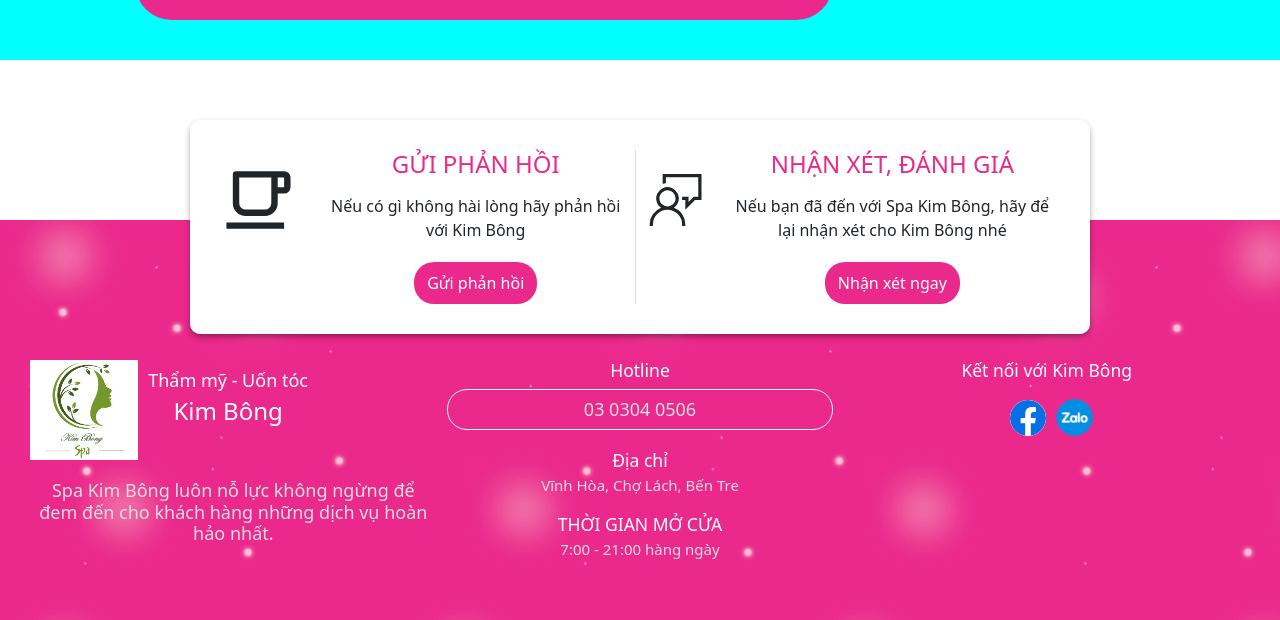
Repository: tranduykhuong/SpaKimBong
Page: /about
An editor plug-in stored every save of this project. The page is shown before and after the next save, followed by the edit.
The browser window is 1280 px wide. The pictures show the part of the page from y = 938 to 1580 px (the page is 1558 px tall before and 1580 px after).
The project was rebuilt for these pictures with package versions that can differ from the ones it lists, and the page was loaded fresh each time. Also part of the build but not shown: src/components/Header/Slider/slider.scss, src/components/Header/Slider/Slider.js, src/components/Header/ListImage/listImage.scss, src/components/Header/ListImage/ListImage.js, src/pages/Home/home.scss, src/pages/Home/ListImage/listImage.scss, src/pages/Home/ListImage/ListImage.js, src/pages/Home/BookOnline/bookOnl.scss and 6 more.

Above is the page before, as saved 2022-06-02 21:39:24.

### src/App.js
import "./App.css";
import Header from "./components/Header/Header";
import Home from "./pages/Home/Home";
import "bootstrap/dist/css/bootstrap.min.css";
import { Route, Routes } from "react-router-dom";
import About from "./pages/About/About";

function App() {
  return (
    <div className="App">
      <Header />
      <Routes>
        <Route path="/" element={<Home />} />
        <Route path="/about" element={<About />} />
      </Routes>
    </div>
  );
}

export default App;

### src/components/Header/Header.js
import React, { useEffect, useState } from "react";
import "./header.scss";
import { BsSearch, BsFacebook } from "react-icons/bs";
import { BiPhoneCall } from "react-icons/bi";
import Slider from "./Slider/Slider";
import ListImage from "./ListImage/ListImage";
import { Link, useLocation } from "react-router-dom";

function Header() {
  const path = useLocation().pathname;
  const [fixedNavbar, setFixedNavbar] = useState(false);

  useEffect(() => {
    // set fixed navbar
    const handleScroll = () => {
      if (window.scrollY < 1) {
        setFixedNavbar(true);
      }

      if (window.scrollY > 170) setFixedNavbar(true);
      else setFixedNavbar(false);
    };

    window.addEventListener("scroll", handleScroll);

    // cleanup function
    return () => {
      window.removeEventListener("scroll", handleScroll);
    };
  }, []);

  return (
    <div className="header">
      <div className={"infor " + (fixedNavbar ? "mg-navbar" : "")}>
        <div className="logo">
          <img src="../../img/logoSpa.png" alt="" />
          <div className="nameSpa">
            <h4>Thẩm mỹ - Uốn tóc</h4>
            <h2>Kim Bông</h2>
          </div>
        </div>

        <div className="search">
          <input type="text" placeholder="Tìm kiếm sản phẩm/ bài viết ..." />
          <a className="icon">
            <BsSearch className="iconSearch" />
          </a>
        </div>

        <div className="contact">
          <a href="/" className="icon">
            <BsFacebook className="iconFacebook" />
          </a>
          <a href="/" className="icon">
            <img src="../../img/Zalo.png" alt="" className="iconZalo" />
          </a>

          <div className="phone">
            <BiPhoneCall className="iconPhone" />
            <h3>03 0304 0506</h3>
          </div>
        </div>
      </div>
      <div className={"myNavbar " + (fixedNavbar ? "fixedNavbar" : "")}>
        <div className="navbarContent">
          <ul className="navbarList">
            <li className={path === "/" ? "active" : ""}>
              <Link to="/">TRANG CHỦ</Link>
            </li>
            <li className={path === "/about" ? "active" : ""}>
              <Link to="/about">GIỚI THIỆU</Link>
            </li>
            <li className={path === "/skin" ? "active" : ""}>
              <Link to="/">CHĂM SÓC DA</Link>
            </li>
            <li className={path === "/acne" ? "active" : ""}>
              <Link to="/">TRỊ MỤN</Link>
            </li>
            <li className={path === "/open-time" ? "active" : ""}>
              <Link to="/">LỊCH MỞ CỬA</Link>
            </li>
          </ul>
        </div>
      </div>
      {/* <Slider /> */}
      {/* <ListImage /> */}
    </div>
  );
}

export default Header;

### src/pages/About/About.js
import "./About.scss";
import React from "react";
import Footer from "./../../components/Footer/Footer";

const About = () => {
  return (
    <div>
      <div className="container1">
        <div className="container-image"></div>

        <div className="container-content">
          <div className="content-left">
            <div className="title">
              <h1>HIỀN VÂN SPA XUẤT PHÁT TỪ NIỀM ĐAM MÊ & KẾT QUẢ CỦA SỰ NỖ LỰC</h1>
            </div>
            <div className="box">
              <div className="box-content-img">
                <div className="box-img">
                  <img width={200} height={100} src="https://i.pinimg.com/originals/2c/84/5a/2c845a66b8ad2a8aafd288bdc16cd459.jpg"></img>
                </div>
                <div className="box-content">
                  <p>Hiền cảm thấy vô cùng tự hào khi spa của mình đã nhận được sự tin tưởng của hàng chục nghìn khách hàng khu vực TPHCM và nhiều tỉnh thành lân cận. Thậm chí nhiều bạn không quản ngại đường xá xa xôi, di chuyển từ tận miền Trung, miền Bắc đến điều trị.</p>
                </div>
              </div>
            </div>
          </div>
          <div className="image-right"></div>
        </div>
      </div>

      <Footer />
    </div>
  );
};

export default About;

### src/components/Header/header.scss
$height-navbar: 5rem;

.header {
    .mg-navbar {
        margin-bottom: $height-navbar;
    }

    .infor {
        max-width: 1200px;
        padding: .6rem 0;
        display: flex;
        justify-content: space-between;

        .logo {
            display: flex;
            flex: 1;

            img {
                height: 10rem;
            }

            .nameSpa {
                color: #eb288c;
                margin: auto 0;

                h4 {
                    font-size: 1.8rem;
                    font-weight: 500;
                }

                h2 {
                    font-size: 2.4rem;
                }
            }
        }


        .search {
            margin: auto 0;
            border-radius: 50px;
            border: solid .1rem #eb288c;
            height: 37px;
            display: flex;

            input {
                font-size: 1.4rem;
                margin: auto 16px;
                min-width: 26rem;
                border: none;
                outline: none;
            }

            .icon {
                margin: auto 10px;
                cursor: pointer;
            }

            .iconSearch {
                width: 1.8rem;
                height: 1.8rem;
                color: #eb288c;

                &:hover {
                    color: #f867b2;
                }
            }
        }

        .contact {
            display: flex;
            margin-left: 20px;

            .icon {
                margin: auto 0;
                margin-left: 10px;

            }

            .iconFacebook {
                width: 2.8rem;
                height: 2.8rem;
                color: rgba($color: #0570e6, $alpha: 1.0);
            }

            .iconZalo {
                width: 2.8rem;
                height: 2.8rem;
                border-radius: 50%;
            }

            .phone {
                margin: auto 0;
                margin-left: 20px;
                display: flex;

                .iconPhone {
                    width: 2.6rem;
                    height: 2.6rem;
                }

                h3 {
                    font-size: 1.4rem;
                    font-weight: 500;
                    margin: auto 4px;
                }
            }

        }
    }

    .fixedNavbar {
        position: fixed;
        top: 0;
        left: 0;
        z-index: 50;
        width: 100%;
        animation: fixedNavbar 1s forwards;
    }

    @keyframes fixedNavbar {
        from {
            top: -5rem;
            opacity: 0;
        }

        to {
            top: 0;
            opacity: 1;
        }
    }

    .myNavbar {
        height: $height-navbar;
        background-color: #eb288c;

        .navbarContent {
            max-width: 1200px;
            margin: 0 auto;

            .navbarList {
                display: flex;
                margin: 0 1rem;
                // justify-content: space-evenly;

                li {
                    list-style: none;

                    a {
                        line-height: $height-navbar;
                        height: $height-navbar;
                        display: block;
                        color: #fff;
                        font-size: 1.6rem;
                        font-weight: 600;
                        text-decoration: none;
                        padding: 0 2rem;
                    }

                    &:hover {
                        background-color: #f844a1;
                        cursor: pointer;
                    }
                }

                .active {
                    background-color: #dd0876;
                }
            }
        }
    }
}

### src/components/Footer/Footer.js
import React, { useEffect } from "react";
import "./footer.scss";
import { BsFacebook } from "react-icons/bs";
import { RiCupLine } from "react-icons/ri";
import { VscFeedback } from "react-icons/vsc";

const Footer = () => {
  return (
    <div className="footer">
      <div className="logo">
        <div className="info">
          <img src="../../img/logoSpa.png" alt="" />
          <div className="nameSpa">
            <h4>Thẩm mỹ - Uốn tóc</h4>
            <h2>Kim Bông</h2>
          </div>
        </div>

        <h5>
          Spa Kim Bông luôn nỗ lực không ngừng để đem đến cho khách hàng những
          dịch vụ hoàn hảo nhất.
        </h5>
      </div>

      <div className="address">
        <h3>Hotline</h3>
        <div className="hotline">03 0304 0506</div>
        <h3>Địa chỉ</h3>
        <h4>Vĩnh Hòa, Chợ Lách, Bến Tre</h4>
        <h3>THỜI GIAN MỞ CỬA</h3>
        <h4>7:00 - 21:00 hàng ngày</h4>
      </div>
      <div className="contact">
        <h3>Kết nối với Kim Bông</h3>
        <a href="/" className="icon">
          <BsFacebook className="iconFacebook" />
        </a>
        <a href="/" className="icon">
          <img src="../../img/Zalo.png" alt="" className="iconZalo" />
        </a>
      </div>

      <div className="subFooter">
        <div className="report">
          <RiCupLine className="icon" />
          <div>
            <h3>Gửi phản hồi</h3>
            <p>Nếu có gì không hài lòng hãy phản hồi với Kim Bông</p>
            <div className="btn">Gửi phản hồi</div>
          </div>
        </div>
        <div className="feedback">
          <VscFeedback className="icon" />
          <div>
            <h3>Nhận xét, Đánh giá</h3>
            <p>
              Nếu bạn đã đến với Spa Kim Bông, hãy để lại nhận xét cho Kim Bông
              nhé
            </p>
            <div className="btn">Nhận xét ngay</div>
          </div>
        </div>
      </div>
    </div>
  );
};

export default Footer;

### src/pages/About/About.scss
.container1 {
  .container-image {
    width: 100%;
    height: 400px;
    // padding: 5rem;
    // display: flex;
    align-items: center;
    justify-content: center;
    background-image: url("https://i.pinimg.com/originals/2c/84/5a/2c845a66b8ad2a8aafd288bdc16cd459.jpg");
  }

  .container-content {
    display: flex;
    width: 100%;
    background-color: aqua;

    .content-left {
      width: 60%;
      padding: 0 35px 30px;
      margin-left: 100px;
      text-align: left;

      .title {
        margin: 30px 0;
        h1 {
          font-size: 3rem;
          font-weight: bolder;
          line-height: 1.6;
        }
      }

      .box{
        .box-content-img{
          background-color: #eb288c;
          border-radius: 37px;

          .box-img{
            padding: 20px;

            img{
              width: 100%;
              height: 200px;
            }
          }
        }

      }
    }
  }
}

### src/components/Footer/footer.scss
$title-color: #fff;

.footer {
    background-image: url(../../../public/img/sparkle1.png), url(../../../public/img/sparkle2.png);
    width: 100%;
    height: 400px;
    background-color: #eb288c;
    animation: sparkle 60s linear infinite;
    padding: 14rem 3rem 0;
    display: flex;
    justify-content: space-around;
    position: relative;
    margin-top: 16rem;

    .logo {
        flex: 1;

        .info {
            display: flex;

            img {
                height: 10rem;
            }

            .nameSpa {
                color: $title-color;
                margin: 1rem;

                h4 {
                    font-size: 1.8rem;
                    font-weight: 500;
                }

                h2 {
                    font-size: 2.4rem;
                }
            }
        }

        h5 {
            margin: 2rem .6rem;
            font-size: 1.8rem;
            font-weight: 400;
            color: #ddd;
        }
    }

    .contact {
        flex: 1;

        h3 {
            margin-bottom: 1.8rem;
            color: $title-color;
        }

        .icon {
            margin: auto 0;
            margin-left: 10px;

        }

        .iconFacebook {
            width: 3.6rem;
            height: 3.6rem;
            color: rgba($color: #0570e6, $alpha: 1.0);
            background-color: $title-color;
            border-radius: 50%;
        }

        .iconZalo {
            width: 3.7rem;
            height: 3.7rem;
            border-radius: 50%;
        }
    }

    .address {
        color: #ddd;
        flex: 1;

        h3 {
            // margin-bottom: 2rem;
            color: $title-color;
        }

        h4 {
            margin-bottom: 2rem;
        }

        .hotline {
            padding: .6rem;
            font-size: 1.8rem;
            margin: .8rem 1rem 2rem;
            border: 1px solid $title-color;
            border-radius: 2rem;

            &:hover {
                color: $title-color;
                cursor: pointer;
            }
        }
    }

    @keyframes sparkle {
        0% {
            background-position: 0px 0px, 0px 0px, 0px 0px;
        }

        100% {
            background-position: -500px -1000px, -400px -400px, 300px 300px;
        }
    }

    .subFooter {
        width: 100%;
        max-width: 90rem;
        min-height: 20rem;
        box-shadow: 0 3px 6px -4px rgba(0, 0, 0, 0.2), 0 3px 6px rgba(0, 0, 0, 0.3);

        background-color: #fff;
        border-radius: 1rem;
        z-index: 50;
        top: -10rem;
        left: 50%;
        transform: translateX(-50%);
        position: absolute;
        display: flex;
        padding: 3rem;
        justify-content: space-around;

        .report,
        .feedback {
            display: flex;
            flex: 1;
            justify-content: center;

            h3 {
                text-transform: uppercase;
                font-size: 2.4rem;
                color: #eb288c;
            }

            p {
                font-size: 1.6rem;
                padding: 1rem;
            }

            .icon {
                height: 10rem;
                width: 10rem;
                margin-right: 2rem;
            }

            .btn {
                padding: 0.8rem 1.2rem;
                background-color: #eb288c;
                border-radius: 2rem;
                font-size: 1.6rem;
                color: #fff;

                &:hover {
                    background-color: #cc1574;
                }
            }
        }

        .report {
            border-right: 1px solid #ddd;
        }

        .feedback {
            margin-left: 1rem;
        }
    }
}

Loaded but not shown: public/index.html (common file); src/index.js (common file); src/index.css (common file); src/reportWebVitals.js (common file); src/App.css (common file)

After the next save:
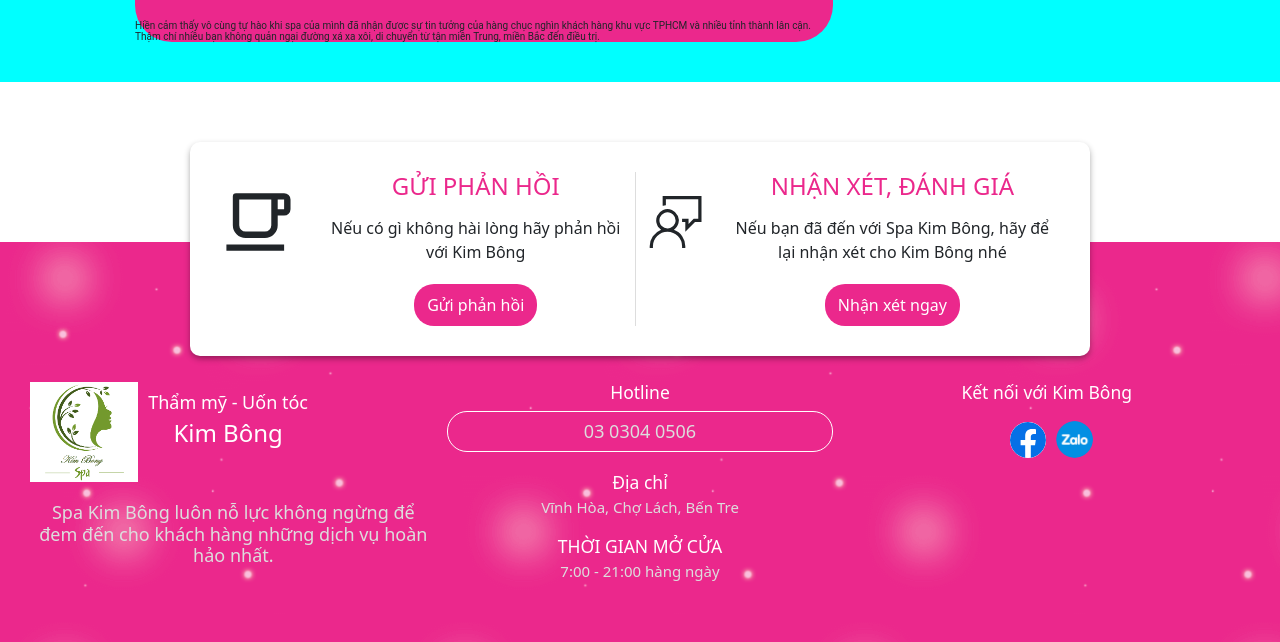
Saved 2 min 55 s later.
--- a/src/pages/About/About.scss
+++ b/src/pages/About/About.scss
@@ -42,6 +42,10 @@
               height: 200px;
             }
           }
+
+          .box-content{
+            font: 16px Roboto, sans-serif;
+          }
         }
 
       }
